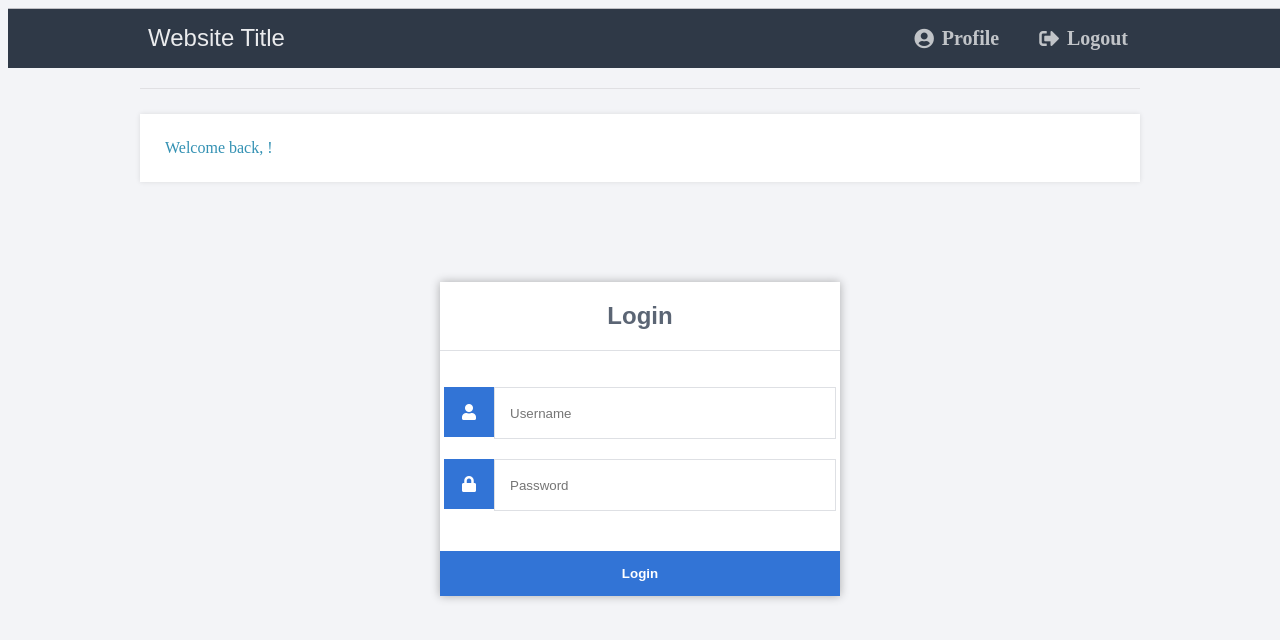
Repository: fab5052/the_district_Site
Page: SignIn.html
These files come from the project's save history. The page is drawn as it stood at one moment and after the next save; the edit follows.
The browser window is 1280 px wide. The pictures show the whole page.

Above is the page before, as saved 2024-03-20 22:23:44.

After the next save:
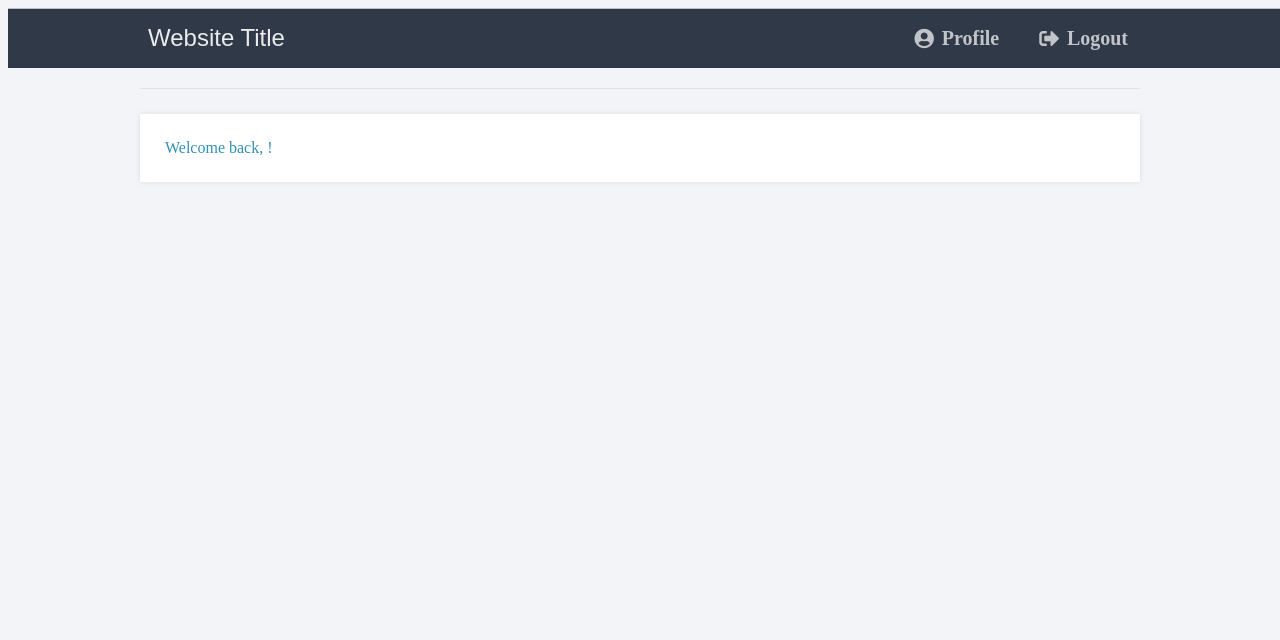
Saved 53 s later.
--- a/SignIn.html
+++ b/SignIn.html
@@ -119,19 +119,7 @@
               <h2>Home Page</h2>
               <p>Welcome back, <?=htmlspecialchars($_SESSION['name'], ENT_QUOTES)?>!</p>
             </div>
-          <div class="login">
-            <h1>Login</h1>
-            <form action="authentication.php" method="post">
-              <label for="username">
-                <i class="fas fa-user"></i>
-              </label>
-              <input type="text" name="username" placeholder="Username" id="username" required>
-              <label for="password">
-                <i class="fas fa-lock"></i>
-              </label>
-              <input type="password" name="password" placeholder="Password" id="password" required>
-              <input type="submit" value="Login">
-            </form>
+
 
 
           <!--<div id="stage" class="fade-in-forward" style="opacity: 1;"><div>
